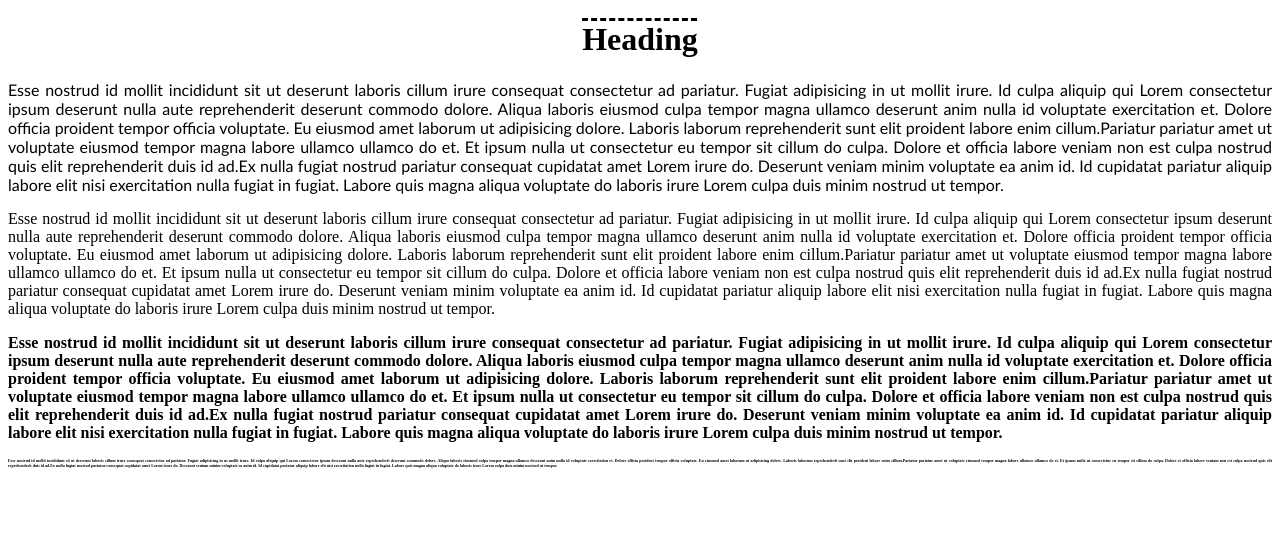
Repository: rakeshkolpepatil/CSS_Apana_College
Page: index.html
These files come from the project's save history. The page is drawn as it stood at one moment and after the next save; the edit follows.
The browser window is 1280 px wide. The pictures show the whole page.

Above is the page before, as saved 2023-06-22 09:53:23.

After the next save:
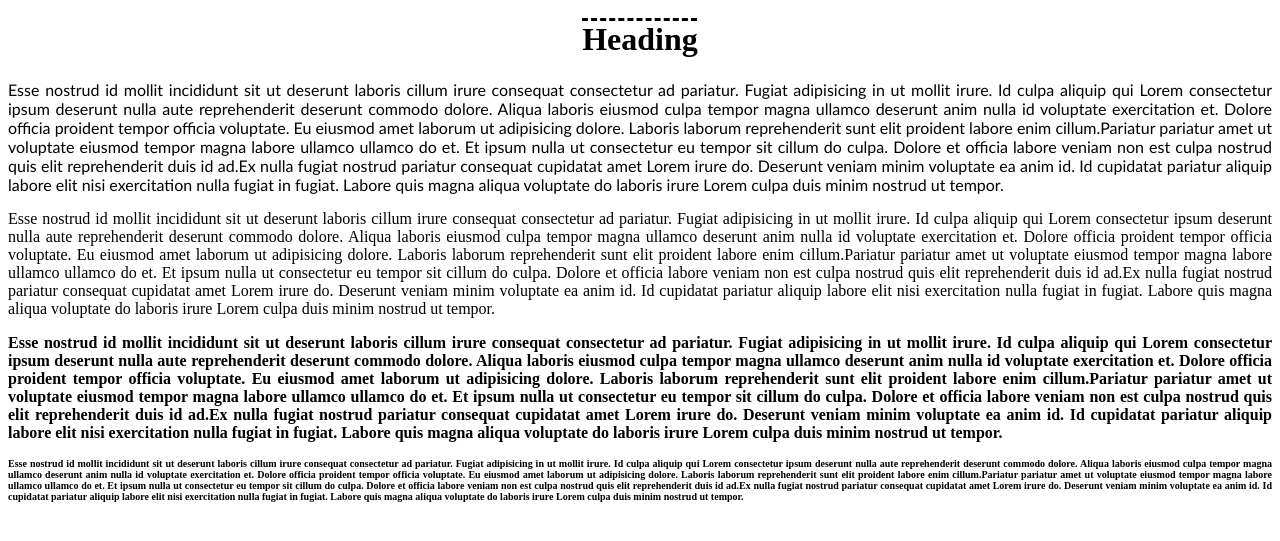
Saved 8 s later.
--- a/styleTwo.css
+++ b/styleTwo.css
@@ -18,6 +18,6 @@ h1{
 }
 #pFour{
   text-align: justify;
-  font-size: 4px;
+  font-size: 10px;
   font-weight: 900;
 }
